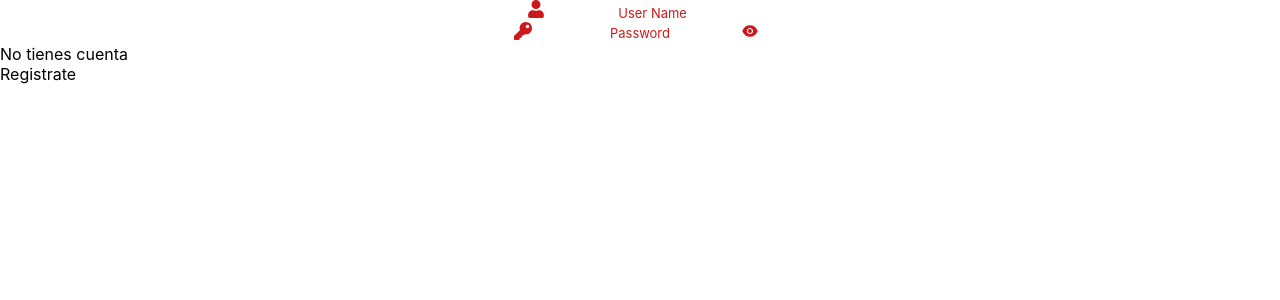
Repository: Davic1o/FrontendMunicipio
Page: /
These files come from the project's save history. The page is drawn as it stood at one moment and after the next save; the edit follows.
The browser window is 1280 px wide. The pictures show the whole page.
The project was rebuilt for these pictures with package versions that can differ from the ones it lists, and the page was loaded fresh each time. Also part of the build but not shown: src/pages/login.css.

Above is the page before, as saved 2024-02-21 17:47:25.

### src/index.js
import React from 'react';
import ReactDOM from 'react-dom/client';
import './index.css';
import App from './App';
import reportWebVitals from './reportWebVitals';
import { BrowserRouter } from 'react-router-dom';

const root = ReactDOM.createRoot(document.getElementById('root'));
root.render(
  <BrowserRouter>

    <App />

  </BrowserRouter>
);

// If you want to start measuring performance in your app, pass a function
// to log results (for example: reportWebVitals(console.log))
// or send to an analytics endpoint. Learn more: https://bit.ly/CRA-vitals
reportWebVitals();

### src/index.css
*{
  user-select: none;
  cursor: default;
}


body {
  margin: 0;
  font-family: -apple-system, BlinkMacSystemFont, 'Segoe UI', 'Roboto', 'Oxygen',
    'Ubuntu', 'Cantarell', 'Fira Sans', 'Droid Sans', 'Helvetica Neue',
    sans-serif;
  -webkit-font-smoothing: antialiased;
  -moz-osx-font-smoothing: grayscale;
}

code {
  font-family: source-code-pro, Menlo, Monaco, Consolas, 'Courier New',
    monospace;
}
input {
  border: none;
  outline: none;
  margin: 0;
  padding: 0;
  background: none;
  font-family: inherit;
  color: inherit;
  text-align: left;
}

input:focus {
  outline: none;
}

:root{

  --color-primario: #cc1919;
  --color-secundario: #cc191956;
  --color-blanco: #ffffff;
}

### src/App.jsx
import Rutas from './routes/Rutas'

function App() {
  return (
    <>
      <Rutas/>
    </>
  );
}

export default App;

### src/routes/Rutas.jsx
import React from 'react'
import { Routes, Route } from 'react-router-dom';
import Login from '../pages/Login';


function Rutas() {
  return (

      <Routes>
          <Route path="/" element={<Login/>} />
      </Routes>
  )
}

export default Rutas

### src/pages/Login.jsx
import React from 'react'
import InputTexto from '../components/inputs/InputTexto'
import InputPass from '../components/inputs/InputPass'
import BotonAcceso from '../components/botones/BotonAcceso'
import './login.css'
import { FaUser } from "react-icons/fa";
import { FaKey } from "react-icons/fa";

function Login() {
  return (
    <div>
        <div className="login__container">
            <div className="login__form">
                <div className="form__userName">
                <div className="label__userName">
                </div>
                <div className="input__userName">
                <InputTexto Icono={<FaUser/>} Placeholder="User Name"/>
                </div>
                </div>
                <div className="form__userPass">
                <div className="label__userPass">
                </div>
                <div className="input__userPass">
                <InputPass Icono={<FaKey />} Placeholder="Password"/>
                </div>
                </div>

                <div className="form__register">
                <div className="text__register">
                No tienes cuenta
                <div className="link__register">Registrate</div>
                </div>
                </div>

                <div className="form__acept">
                    <div className="button__acept">

                    </div>
                </div>

            </div>
        </div>

    </div>
  )
}

export default Login

### src/components/inputs/InputTexto.jsx
import React from 'react'
import './inputTexto.css'

function InputTexto({Icono, Placeholder}) {
    const TipoInput = Placeholder;
  return (
    <>
    <div className="contenedor__inputTexto">
        <div className="inf__inputTexto">
            <div className="icono__inputTexto">
                {Icono}
            </div>
            <div className="campo__inputTexto">
            <input type="text" className='inputTexto' placeholder={TipoInput} />
            </div>
        </div>
    </div>
    </>
  )
}

export default InputTexto

### src/components/inputs/InputPass.jsx
import React, { useState } from 'react';
import { AiFillEye, AiFillEyeInvisible } from 'react-icons/ai';
import './inputPass.css';

function InputPass({ Icono, Placeholder }) {
  const [mostrarContrasenia, setMostrarContrasenia] = useState(false);
  const TipoInput = mostrarContrasenia ? 'text' : 'password';
  const IconoVisualizacion = mostrarContrasenia ? (
    <AiFillEyeInvisible />
  ) : (
    <AiFillEye />
  );

  return (
    <>
      <div className="contenedor__inputPass">
        <div className="inf__inputPass">
          <div className="icono__inputPass">{Icono}</div>
          <div className="campo__inputPass">
            <input
              type={TipoInput}
              className="inputPass"
              placeholder={Placeholder}
            />

          </div>
          <div
              className="vista__inputPass"
              onClick={() => setMostrarContrasenia(!mostrarContrasenia)}
            >
              {IconoVisualizacion}
            </div>
        </div>
      </div>
    </>
  );
}

export default InputPass;

### src/components/inputs/inputTexto.css
.contenedor__inputTexto{
    display: flex;
    flex-direction: row;
    justify-content: center;
    align-items: center;
    font-size: 2.5vh;
    border-radius: 1vh;
    cursor: pointer;
}

.inf__inputTexto{
    display: flex;
    justify-content: center;
    align-items: center;
    background-color: var(--color-blanco);
}
.icono__inputTexto{
    color: var(--color-primario);
    margin-right: 1vh;
}

.inputTexto{
    font-size: 1.8vh;
    color: var(--color-primario);
    transition: border 0.3s ease;

}
.inputTexto::placeholder{
    font-size: 1.8vh;
    color: var(--color-primario);
    text-align: center;
    transition: opacity 0.3s ease, transform 0.3s ease;
}

.inputTexto:focus::placeholder {
    opacity: 0;
    transform: scale(1);
  }

.inputTexto:focus {
    font-size: 1.8vh;
    color: var(--color-primario);
    font-weight:bold;
    border-bottom: 3px solid var(--color-primario);
 animation: borderAnimation 3s infinite alternate;
  }

  @keyframes borderAnimation {
    from {
      border-color: rgb(255, 255, 255); /* Cambia el color del borde al inicio de la animación */
    }
    to {
      border-color: rgb(255, 0, 0); /* Cambia el color del borde al final de la animación */
    }
  }

### src/components/inputs/inputPass.css
.contenedor__inputPass{
    display: flex;
    flex-direction: row;
    justify-content: center;
    align-items: center;
    font-size: 2.5vh;
    border-radius: 1vh;
    cursor: pointer;
}
.inf__inputPass{
    display: flex;
    justify-content: center;
    align-items: center;
    background-color: var(--color-blanco);
}
.icono__inputPass, .vista__inputPass{
    color: var(--color-primario);
    margin-right: 1vh;
}
.vista__inputPass{
  cursor: pointer;
}
.vista__inputPass:first-child{
  cursor: pointer;
}
.inputPass{
    font-size: 1.8vh;
    color: var(--color-primario);
    transition: border 0.3s ease;
}
.inputPass::placeholder{
    font-size: 1.8vh;
    color: var(--color-primario);
    text-align: center;
    transition: opacity 0.3s ease, transform 0.3s ease;
}

.inputPass:focus::placeholder {
    opacity: 0;
    transform: scale(1);
  }

.inputPass:focus {
    font-size: 1.8vh;
    color: var(--color-primario);
    font-weight:bold;
    border-bottom: 3px solid var(--color-primario);
 animation: borderAnimation 3s infinite alternate;
  }

  @keyframes borderAnimation {
    from {
      border-color: rgb(255, 255, 255); /* Cambia el color del borde al inicio de la animación */
    }
    to {
      border-color: rgb(255, 0, 0); /* Cambia el color del borde al final de la animación */
    }
  }
  .campo__inputPass{
    display: flex;
  }

### src/components/botones/BotonAcceso.jsx
import React from 'react'
import './botonAcceso.css'

function BotonAcceso({Icono,NombreBoton}) {
    const TextoBoton = NombreBoton;
  return (
    <>
    <div className="contenedorBotonAcceso">
        <div className="inf__botonAcceso">
            <div className="icono__botonAcceso">
                {Icono}
            </div>
            <div className="texto__botonAcceso">
                {TextoBoton}
            </div>

        </div>
    </div>

    </>
  )
}

export default BotonAcceso

### src/components/botones/botonAcceso.css
.contenedorBotonAcceso{
    display: flex;
    flex-direction: row;
    justify-content: center;
    align-items: center;
    height: 5vh;
    width: 10vw;
    font-size: 2.5vh;
    border-radius: 3vh;
    cursor: pointer;
    background-color: var(--color-primario);
}
.inf__botonAcceso{
    display: flex;
    color: var(--color-blanco);
}

.contenedorBotonAcceso:hover .inf__botonAcceso .icono__botonAcceso{
    animation: spiner 1 0.5s linear;
}
.contenedorBotonAcceso:hover {
    background-color: var(--color-secundario);
}

.icono__botonAcceso{
    margin-right: 1vh;
    font-weight: bold
}

@keyframes spiner {
    from {
      transform: rotate(0deg);
    }
    to {
      transform: rotate(360deg);
    }
  }

Loaded but not shown: public/index.html (common file); src/reportWebVitals.js (common file)

After the next save:
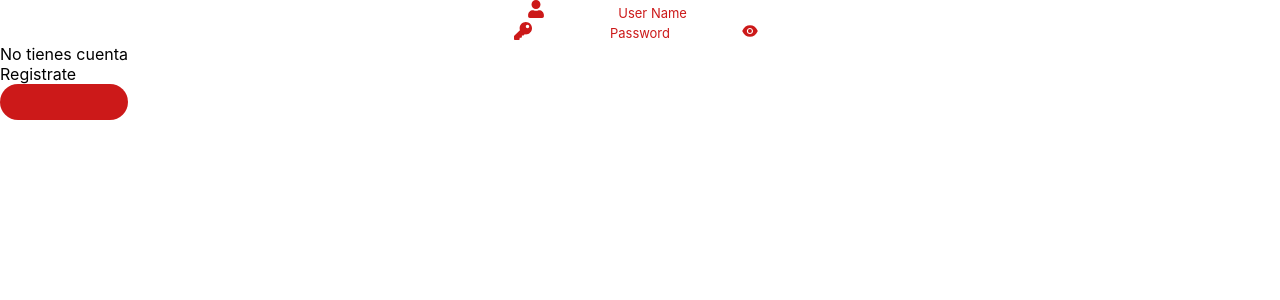
Saved 14 s later.
--- a/src/pages/Login.jsx
+++ b/src/pages/Login.jsx
@@ -35,7 +35,7 @@ function Login() {
 
                 <div className="form__acept">
                     <div className="button__acept">
-
+                        <BotonAcceso/>
                     </div>
                 </div>
 
